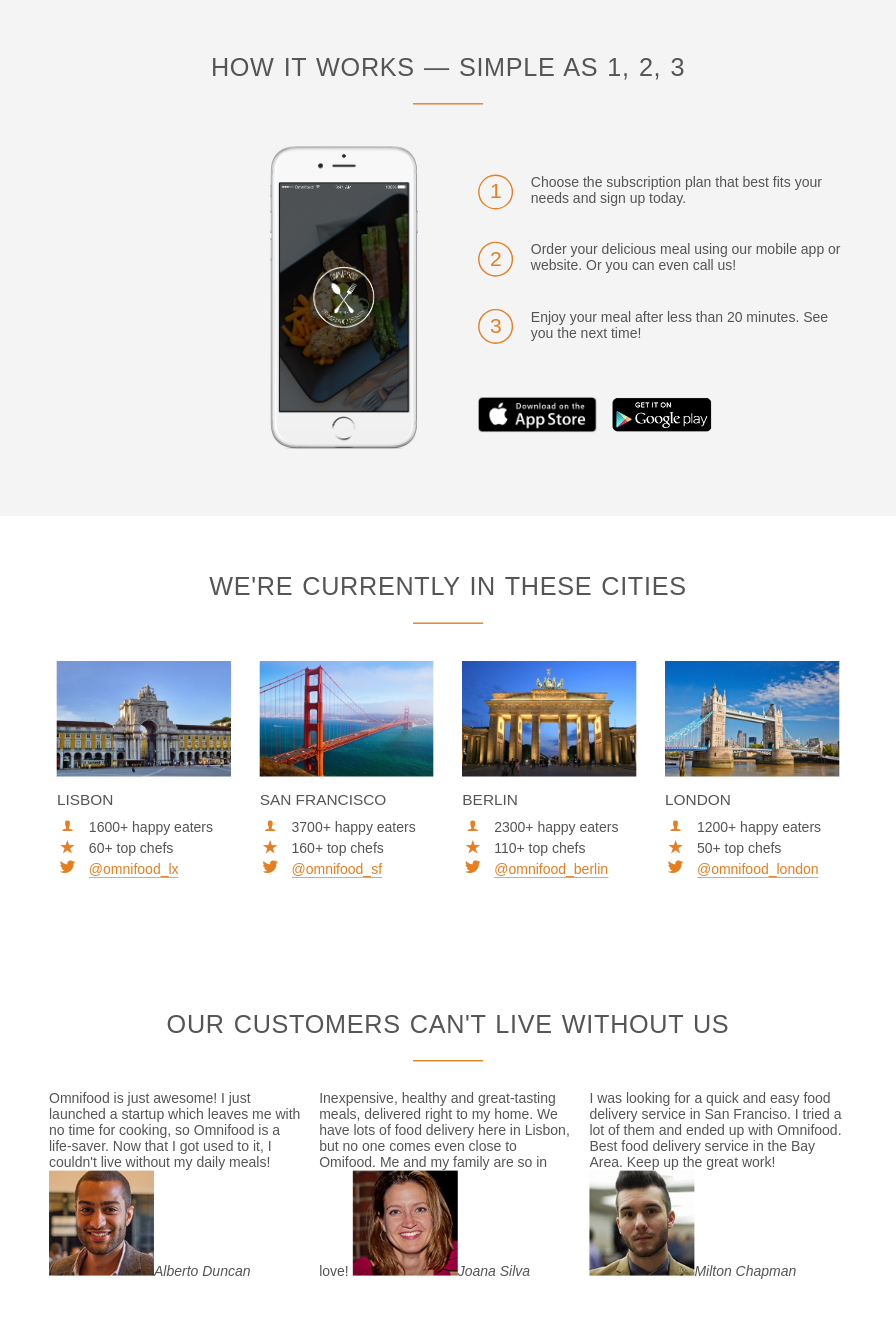
Repository: pboi18/E-Foods
Page: index.html
These files come from the project's save history. The page is drawn as it stood at one moment and after the next save; the edit follows.
The browser window is 1280 px wide. The pictures show the part of the page from y = 1925 to 3845 px (the page is 3845 px tall), at 70% of full size.
Backgrounds fixed to the window are drawn as part of the page.

Above is the page before, as saved 2020-07-13 18:01:19.

After the next save:
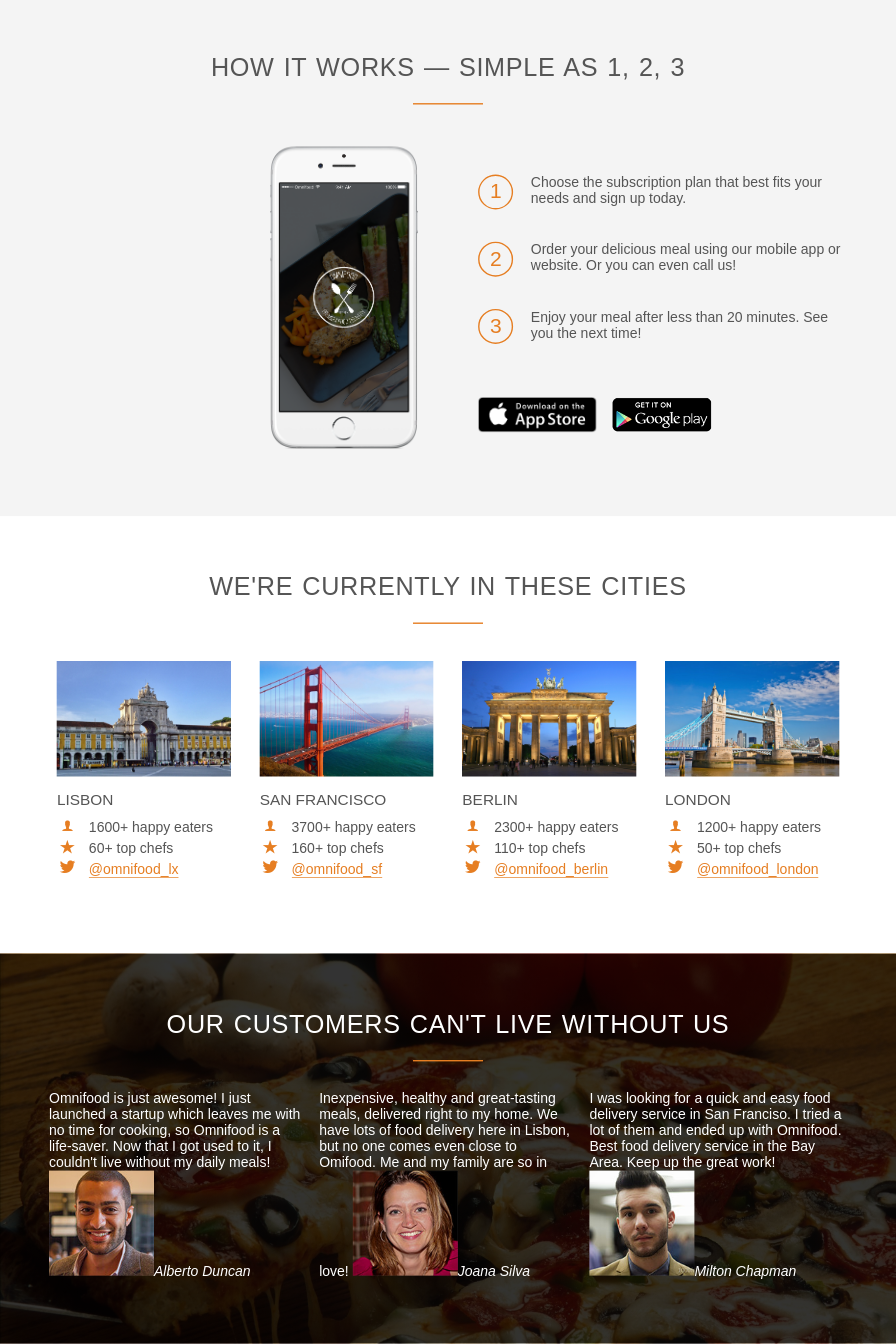
Saved 61 s later.
--- a/resources/css/style.css
+++ b/resources/css/style.css
@@ -381,7 +381,7 @@ header {
 /*  --------------------------- */
 
 
-.section-testimonies {
+.section-testimonials {
     background-image: linear-gradient(rgba(0, 0, 0, 0.8), rgba(0, 0, 0, 0.8)), url(img/back-customers.jpg);
     background-size: cover;
     color: #fff;
